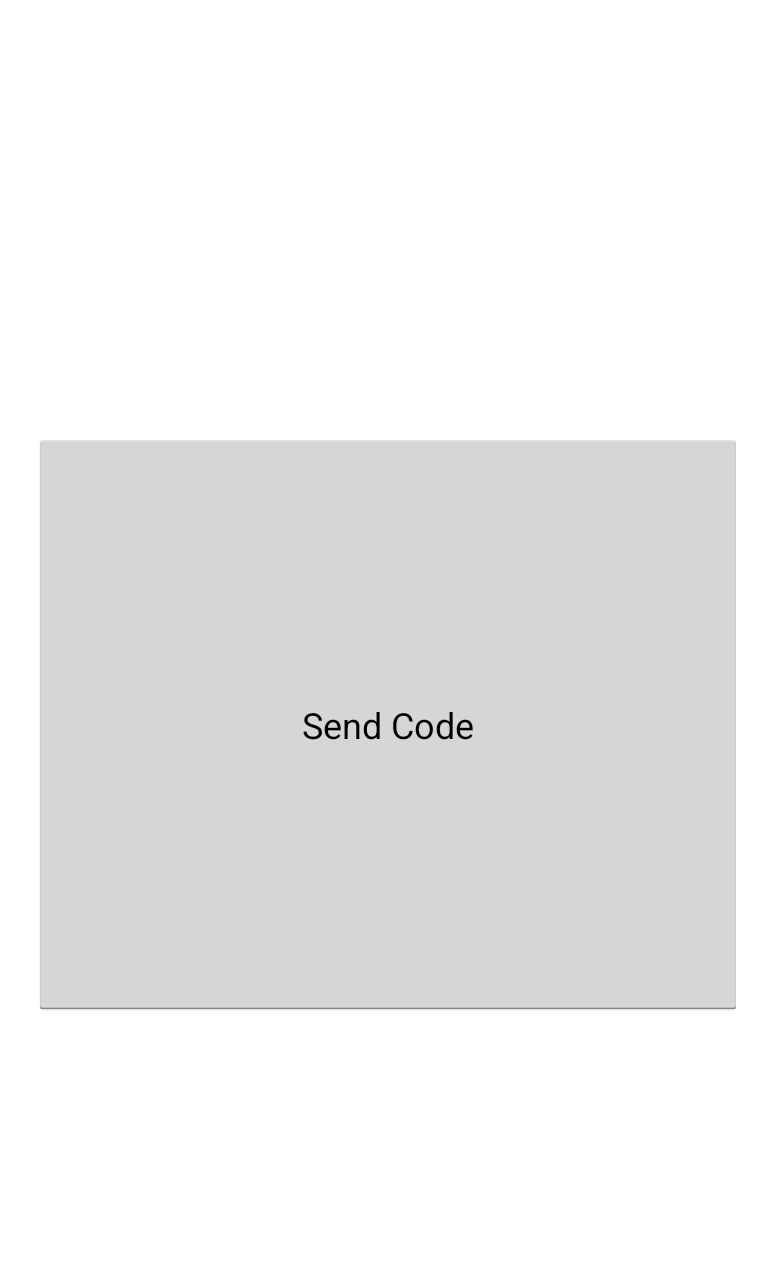
Repository: Cen92/MindCoder
Layout: ANTLRTest/res/layout/activity_send_code.xml
An editor plug-in stored every save of this project. The layout is shown before and after the next save, followed by the edit.
It is drawn on a 768 x 1280 px phone screen (xhdpi) without system bars, with theme AppTheme; the app's code is not run. Lists and similar views that code fills are empty.

Above is the layout before, as saved 2014-03-20 16:05:07.

### ANTLRTest/res/layout/activity_send_code.xml
<LinearLayout xmlns:android="http://schemas.android.com/apk/res/android"
    xmlns:tools="http://schemas.android.com/tools"
    android:id="@+id/LinearLayout1"
    android:layout_width="match_parent"
    android:layout_height="match_parent"
    android:orientation="vertical"
    android:paddingBottom="@dimen/activity_vertical_margin"
    android:paddingLeft="@dimen/activity_horizontal_margin"
    android:paddingRight="@dimen/activity_horizontal_margin"
    android:paddingTop="@dimen/activity_vertical_margin"
    tools:context=".SendCodeActivity" >

    <ListView
        android:id="@+id/simple_list_item_1"
        android:layout_width="350dp"
        android:layout_height="200dp"
        android:layout_marginRight="86dp" >
    </ListView>

    <Button
        android:id="@+id/button_send"
        android:layout_width="356dp"
        android:layout_height="wrap_content"
        android:layout_marginBottom="115dp"
        android:layout_weight="0.15"
        android:text="Send Code" />

</LinearLayout>

Loaded but not shown: ANTLRTest/res/values/styles.xml (common file); ANTLRTest/res/values-v11/styles.xml (common file); ANTLRTest/res/values-v14/styles.xml (common file); ANTLRTest/res/values/dimens.xml (common file)

After the next save:
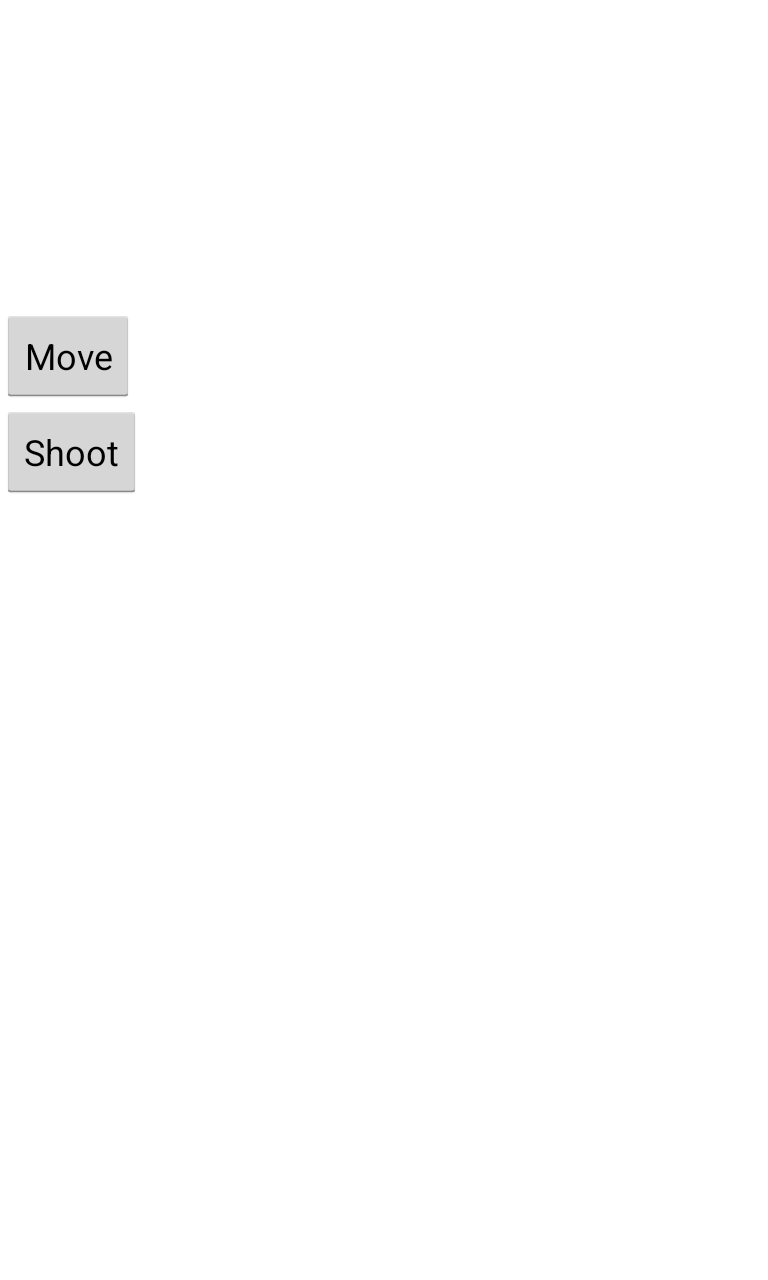
Saved 21 min 51 s later.
--- a/ANTLRTest/res/layout/activity_send_code.xml
+++ b/ANTLRTest/res/layout/activity_send_code.xml
@@ -1,28 +1,26 @@
 <LinearLayout xmlns:android="http://schemas.android.com/apk/res/android"
-    xmlns:tools="http://schemas.android.com/tools"
-    android:id="@+id/LinearLayout1"
     android:layout_width="match_parent"
     android:layout_height="match_parent"
-    android:orientation="vertical"
-    android:paddingBottom="@dimen/activity_vertical_margin"
-    android:paddingLeft="@dimen/activity_horizontal_margin"
-    android:paddingRight="@dimen/activity_horizontal_margin"
-    android:paddingTop="@dimen/activity_vertical_margin"
-    tools:context=".SendCodeActivity" >
+    android:orientation="vertical" >
 
-    <ListView
-        android:id="@+id/simple_list_item_1"
-        android:layout_width="350dp"
-        android:layout_height="200dp"
-        android:layout_marginRight="86dp" >
-    </ListView>
+         <ListView
+             android:id="@+id/list"
+             android:layout_width="match_parent"
+             android:layout_height="154dp" >
 
-    <Button
-        android:id="@+id/button_send"
-        android:layout_width="356dp"
-        android:layout_height="wrap_content"
-        android:layout_marginBottom="115dp"
-        android:layout_weight="0.15"
-        android:text="Send Code" />
+         </ListView>
+
+         <Button
+             android:id="@+id/button_move"
+             android:layout_width="wrap_content"
+             android:layout_height="wrap_content"
+             android:text="Move" />
+
+         <Button
+             android:id="@+id/button_shoot"
+             android:layout_width="wrap_content"
+             android:layout_height="wrap_content"
+             android:text="Shoot" />
 
 </LinearLayout>
+</LinearLayout>
